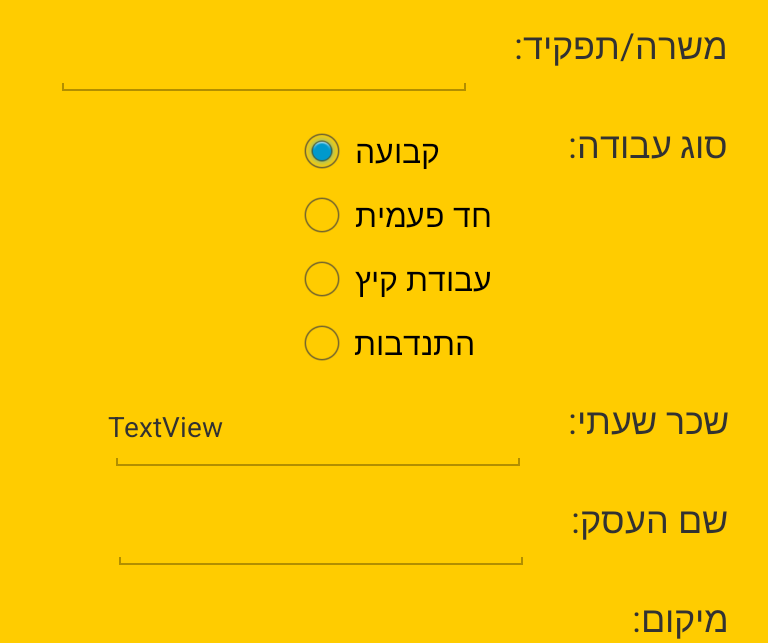
Repository: rodi055/jobli
Layout: Jobli/res/layout/fragment_create_job.xml
These files come from the project's save history. The layout is drawn as it stood at one moment and after the next save; the edit follows.
The pictures show rows 0 to 643 of an output 1280 px tall.
Pictures or frames that could not be fetched are drawn as grey boxes. It is drawn on a 768 x 1280 px phone screen (xhdpi) without system bars, with theme AppTheme; the app's code is not run. The app's manifest (not shown) leaves right-to-left support off. So textAlignment, textDirection and layoutDirection are ignored, and left and right values win over start and end ones.

Above is the layout before, as saved 2015-01-03 11:50:36.

After the next save:
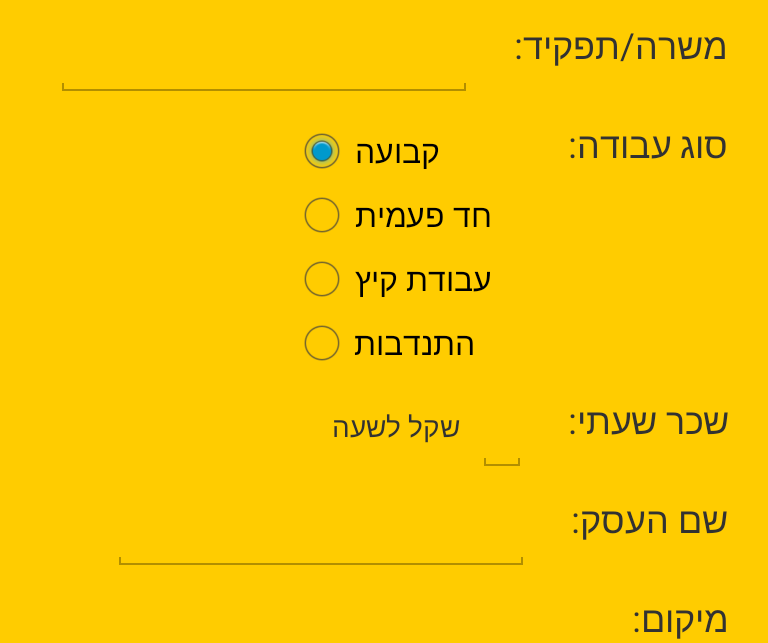
Saved 19 min 23 s later.
--- a/Jobli/res/layout/fragment_create_job.xml
+++ b/Jobli/res/layout/fragment_create_job.xml
@@ -122,7 +122,7 @@
                     android:layout_marginEnd="20dp"
                     android:layout_marginRight="20dp"
                     android:layout_toLeftOf="@+id/textView8"
-                    android:ems="10"
+
                     android:inputType="number"
                     android:maxLines="1"
                     android:singleLine="true" />
@@ -132,9 +132,9 @@
                     android:layout_width="wrap_content"
                     android:layout_height="wrap_content"
                     android:layout_alignBottom="@+id/textView8"
-                    android:layout_alignLeft="@+id/editText8"
+                    android:layout_toLeftOf="@+id/editText8"
                     android:layout_marginRight="8dp"
-                    android:text="TextView" />
+                    android:text="שקל לשעה" />
 
             </RelativeLayout>
 
